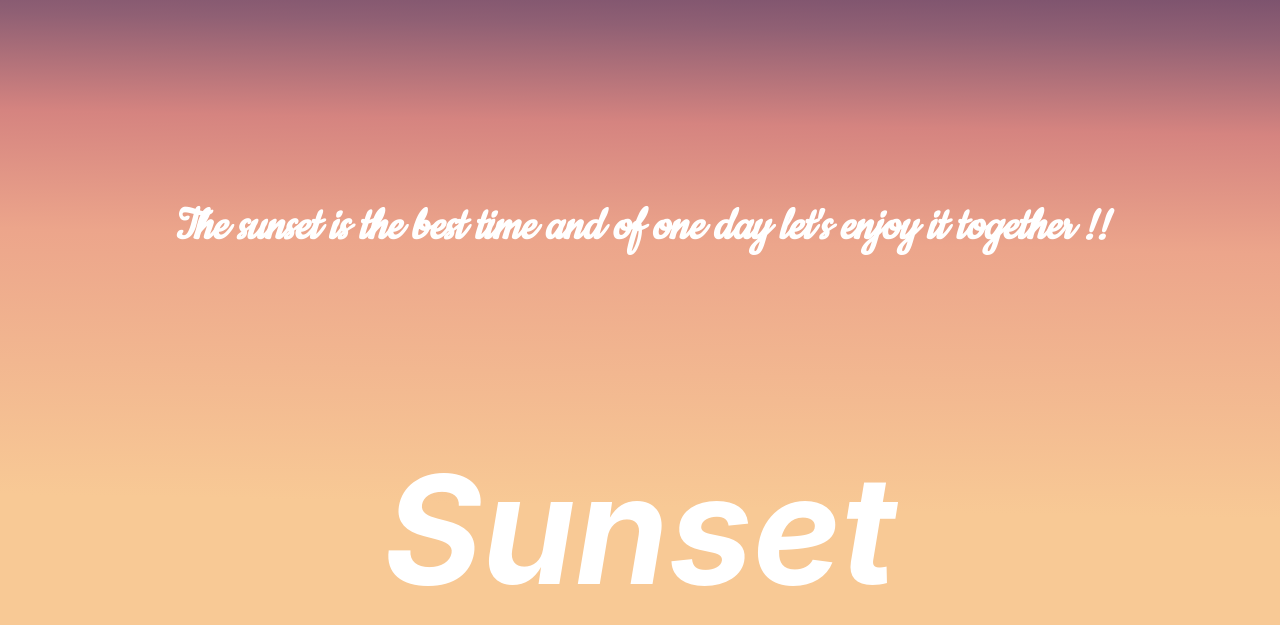
Repository: nambui98/parallax
Page: /
An editor plug-in stored every save of this project. The page is shown before and after the next save, followed by the edit.
The browser window is 1280 px wide. The pictures show the whole page.
The project was rebuilt for these pictures with package versions that can differ from the ones it lists, and the page was loaded fresh each time. Also part of the build but not shown: vite.config.ts.

Above is the page before, as saved 2022-03-24 11:08:04.

### src/App.tsx
import { useState } from 'react'
import logo from './logo.svg'
import './App.scss'

function App() {

  return (
    <div className="App">
      <div className="main">
        <div className="banner">

          <h3>The sunset is the best time and of one day let's enjoy it together !!</h3>
          <h1>Sunset</h1>
        </div>
      </div>
    </div>
  )
}

export default App

### src/App.scss
@import url('https://fonts.googleapis.com/css2?family=Cookie&display=swap');
*,
*::after,
*::before{
  padding: 0;
  margin: 0;
  box-sizing: inherit;
}
html{
  font-size: 62.5%;
  box-sizing: border-box;
}
.banner{
  background: linear-gradient(181.12deg, #6D4869 -4.47%, #906074 5.09%, #D58480 18.15%, #ECA58B 34.03%, #F8C995 69.69%);
  height: 100vh;
  position: relative;

  h3{
    position: absolute;
    top: 20rem;
    width: 100%;
    font-size: 5rem;
    font-style: italic;
    color: #fff;
    font-family: 'Cookie', cursive;
    text-align: center;
    // left: 50%;
    // transform: translateX(-50%);
  }
  h1{
    position: absolute;
    bottom: 10rem;
    width: 100%;
    font-size: 15rem;
    font-style: italic;
    color: #fff;
    text-align: center;
  }
}

Loaded but not shown: index.html (common file); src/main.tsx (common file); src/index.css (common file)

After the next save:
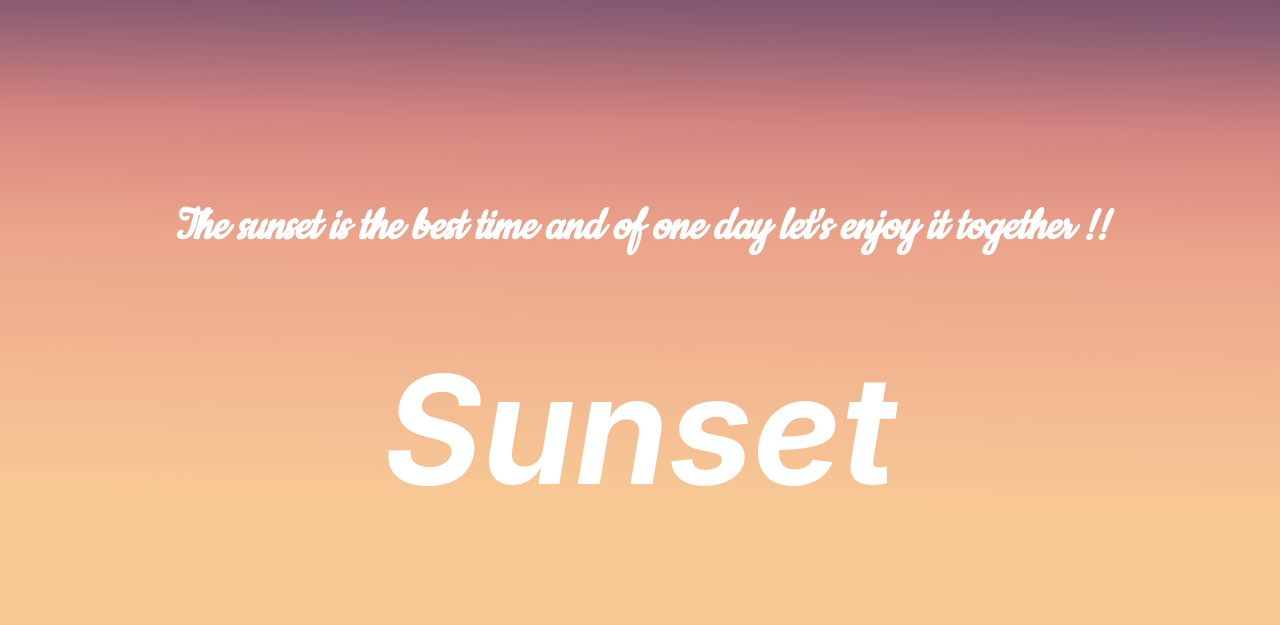
Saved 16 s later.
--- a/src/App.scss
+++ b/src/App.scss
@@ -29,7 +29,7 @@ html{
   }
   h1{
     position: absolute;
-    bottom: 10rem;
+    bottom: 20rem;
     width: 100%;
     font-size: 15rem;
     font-style: italic;
